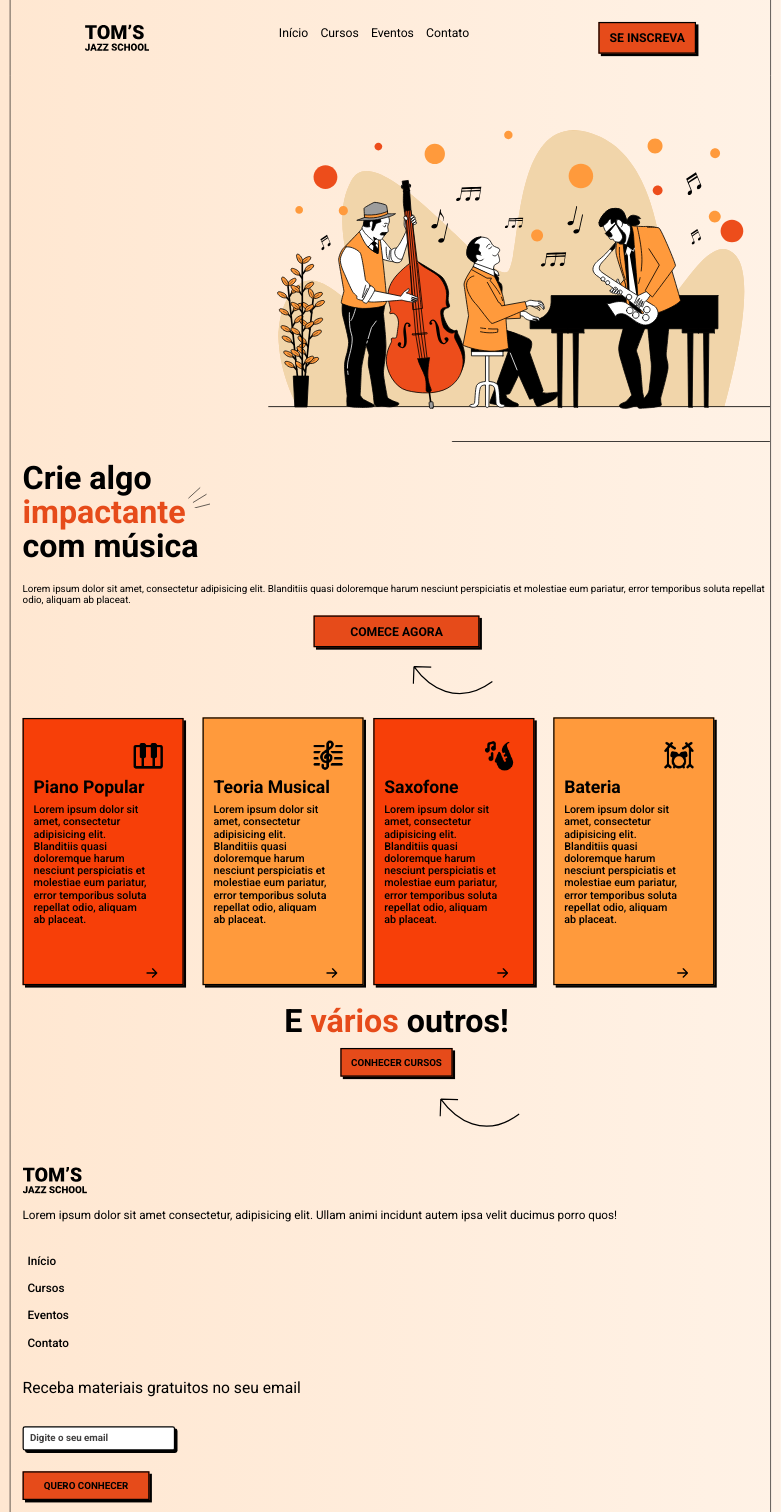
Repository: guilhermecardoso93/obebitecode
Page: index.html
The author's editor kept a copy of each file at every save. The page is drawn from the files as they stood at one save, then again after the next save.
The browser window is 1280 px wide. The pictures show the whole page, at 61% of full size.

Above is the page before, as saved 2023-08-16 21:10:29.

### index.html
<!DOCTYPE html>
<html lang="pt-BR">
  <head>
    <meta charset="UTF-8" />
    <meta name="viewport" content="width=device-width, initial-scale=1.0" />
    <link rel="preconnect" href="https://fonts.googleapis.com" />
    <link rel="preconnect" href="https://fonts.gstatic.com" crossorigin />
    <link
      href="https://fonts.googleapis.com/css2?family=Roboto:wght@400;500;700&display=swap"
      rel="stylesheet" />
    <link rel="stylesheet" href="css/style.css" />
    <title>Tom's Jazz School</title>
  </head>
  <body>
    <header>
      <div class="header-menu">
        <img src="./assets/logo.svg" alt="Logo da Tom's Jazz School" />
        <nav class="mx-auto">
          <a href="/"><span>Início</span></a>
          <a href="/"><span>Cursos</span></a>
          <a href="/"><span>Eventos</span></a>
          <a href="/"><span>Contato</span></a>
        </nav>
      <a href="/" class="subscribeButton subscribeButton mt-1 mx-auto mb-1">Se Inscreva</a>
    </div>
    </header>

    <main>
      <section class="hero-section">
        <img src="./assets/hero-img.svg" alt="Banda de Jazz Tocando" />
        <div>
          <h1 class="mt-2">
            Crie algo <span class="text-primary decoration">impactante</span> com música
          </h1>
          <p class="mt-2 mb-2"></p>
            Lorem ipsum dolor sit amet, consectetur adipisicing elit. Blanditiis
            quasi doloremque harum nesciunt perspiciatis et molestiae eum
            pariatur, error temporibus soluta repellat odio, aliquam ab placeat.
          </p>
          <a href="/" class="subscribeButton mt-1 mx-auto">Comece Agora</a>
        </div>
      </section>
      <section class="hero-section">
        <div class="cards">
          <article class="card">
            <img src="./assets/piano.png" alt="ícone de tecla de piano" />
            <h3>Piano Popular</h3>
            <p>
              Lorem ipsum dolor sit amet, consectetur adipisicing elit.
              Blanditiis quasi doloremque harum nesciunt perspiciatis et
              molestiae eum pariatur, error temporibus soluta repellat odio,
              aliquam ab placeat.
            </p>
            <a href="#">
              <img
                src="./assets/arrow-right.svg"
                alt="svg de seta para direita" />
            </a>
          </article>
          <article class="card">
            <img src="./assets/clef.png" alt="Icone de clave de sol" />
            <h3>Teoria Musical</h3>
            <p>
              Lorem ipsum dolor sit amet, consectetur adipisicing elit.
              Blanditiis quasi doloremque harum nesciunt perspiciatis et
              molestiae eum pariatur, error temporibus soluta repellat odio,
              aliquam ab placeat.
            </p>
            <a href="#">
              <img
                src="./assets/arrow-right.svg"
                alt="svg de seta para direita" />
            </a>
          </article>
          <article class="card">
            <img src="./assets/sax.png" alt="Icone de saxofone" />
            <h3>Saxofone</h3>
            <p>
              Lorem ipsum dolor sit amet, consectetur adipisicing elit.
              Blanditiis quasi doloremque harum nesciunt perspiciatis et
              molestiae eum pariatur, error temporibus soluta repellat odio,
              aliquam ab placeat.
            </p>
            <a href="#">
              <img
                src="./assets/arrow-right.svg"
                alt="svg de seta para direita" />
            </a>
          </article>
          <article class="card">
            <img src="./assets/drums.png" alt="Ícone de bateria" />
            <h3>Bateria</h3>
            <p>
              Lorem ipsum dolor sit amet, consectetur adipisicing elit.
              Blanditiis quasi doloremque harum nesciunt perspiciatis et
              molestiae eum pariatur, error temporibus soluta repellat odio,
              aliquam ab placeat.
            </p>
            <a href="#">
              <img
                src="./assets/arrow-right.svg"
                alt="svg de seta para direita" />
            </a>
          </article>
        </div>
        <div class="rodape-article">
          <h1 class=> E <span>vários</span> outros!</h1>
          <a href="/" class="subscribeButton btn-courses">conhecer cursos</a>
        </div>
      </section>
    </main>
    <footer id="contato">
      <div>
        <img src="./assets/logo.svg" alt="Banda de Jazz Tocando" class="mt-1"/>
        <p>Lorem ipsum dolor sit amet consectetur, adipisicing elit. Ullam animi incidunt autem ipsa velit ducimus porro quos!</p>
      </div>
        <nav class="footer-menu">
            <a href="#inicio"><span>Início</span></a>
            <a href="#cursos"><span>Cursos</span></a>
            <a href="#eventos"><span>Eventos</span></a>
            <a href="#contato"><span>Contato</span></a>
          </nav>
            <label for="email" class="mb-1">Receba materiais gratuitos no seu email</label>
            <input type="email" placeholder="Digite o seu email">
            <a href="/" class="subscribeButton btn-footer">quero conhecer</a>
    </footer>
  </body>
</html>

### css/style.css
@import url("./basics.css");
@import url("./header.css");
@import url("./main.css");
@import url("./footer.css");
@import url("./responsivo.css");

### css/basics.css
* {
  margin: 0;
  padding: 0;
  box-sizing: border-box;
  font-family: "Roboto", sans-serif;
}

:root {
  --color-primary: #ed4d1b;
  --color-secondary: #ff9a3c;
  --color-black: #000;
  --color-white: #fff;
}

body {
  background: linear-gradient(90deg, #ffe7d1 0%, #fff2e6 100%);
  padding: 0 1rem;
}

body,
html {
  overflow-x: hidden !important;
}

a {
  text-decoration: none;
  cursor: pointer;
}

.mt-1 {
  margin-top: 1rem;
}

.mt-2 {
  margin-top: 2rem;
}

.mb-1 {
  margin-bottom: 1rem;
}

.mb-2 {
  margin-bottom: 2rem;
}

.mx-auto {
  margin-left: auto;
  margin-right: auto;
}

.text-primary {
  color: var(--color-primary);
}

.text-center {
  text-align: center;
}

header,
.hero-section,
.courses-section,
footer {
  border-color: --color-black;
  border-style: solid;
  border-width: 0 1px;
  padding: 20px;
}

.subscribeButton {
  border: 2px solid #000;
  box-shadow: 4px 4px 0 #000;
  font-weight: 600;
  display: block;
  background: #e64b1a;
  text-transform: uppercase;
  font-size: 1.25rem;
  padding: 0.75rem 1rem;
  max-width: 17rem;
  position: relative;
  color: var(--color-black);
  text-align: center;
}

.subscribeButton:hover {
  border: 2px solid #e64b1a;
  box-shadow: 4px 4px 0 #e64b1a;
  font-weight: 600;
  display: block;
  color: #e64b1a;
  text-transform: uppercase;
  font-size: 1.25rem;
  padding: 0.75rem 1rem;
  max-width: 17rem;
  position: relative;
  background: var(--color-black);
  text-align: center;
}

span {
  margin: 0;
}

### css/header.css
header img {
  display: block;
  margin: 1rem auto;
}

header nav {
  display: grid;
  grid-template-columns: 1fr 1fr;
  margin-bottom: 1rem;
}

nav a {
  color: var(--color-black);
  font-size: 1.25rem;
  padding: 0.5rem;
  text-decoration: none;
  text-weight: bold;
}

nav a span:hover {
  border-bottom: 3px solid #000;
}

header nav a:nth-child(2n-1) {
  text-align: right;
}

### css/main.css
.hero-section {
  padding-right: 0;
  padding-bottom: 5rem;
}

.hero-section img {
  display: block;
  margin: 1.25rem 0 0 auto;
  max-width: 100%;
}

h1 {
  font-size: 3.3rem;
  line-height: 105%;
  font-weight: 700;
}

h2 {
  font-size: 2.5rem;
}

.hero-section p {
  font-size: 1.25rem;
  padding-right: 1.25rem;
}

.hero-section .subscribeButton {
  position: relative;
}

.hero-section .subscribeButton::after {
  content: "";
  background: url("../assets/arrow-curve.svg") no-repeat;
  display: block;
  content: "";
  width: 100%;
  height: 50px;
  position: absolute;
  top: 5rem;
  left: 10rem;
}

.decoration {
  display: block;
  color: #e64b1a;
  position: relative;
}

.decoration::after {
  content: "";
  background: url("../assets/three-dashes.svg");
  position: absolute;
  top: -1rem;
  height: 36px;
  width: 40px;
}

.courses-section {
  display: grid;
  justify-content: center;
  gap: 20px;
  margin-top: -5rem;
  border-top: none;
}

.card {
  background: #f73f08;
  display: grid;
  justify-content: center;
  align-items: center;
  padding: 1rem 2rem 0 1rem;
  max-width: 16.5rem;
  gap: 10px;
  box-shadow: 4px 4px 0 #000;
  border: 2px solid #000;
}

.card h3 {
  font-size: 1.8rem;
  font-weight: 600;
}

.card p {
  font-size: 1.1rem;
  font-weight: 500;
  margin-bottom: 30px;
}

.card a {
  margin-left: 11rem;
}

.card:nth-child(2n) {
  margin-left: 0.935rem;
  background: #ff9a3c;
}

.rodape-article {
  display: flex;
  flex-direction: column;
  align-items: center;
  gap: 15px;
  font-weight: 900;
  font-size: 2.5rem;
  margin: 2rem 0;
}

.rodape-article span {
  color: #e64b1a;
}

.btn-courses {
  max-width: 13rem;
  font-size: 1rem;
}

.btn-courses:hover {
  max-width: 13rem;
  font-size: 1rem;
}

### css/footer.css
footer {
  display: grid;
  gap: 10px;
}
footer h1 {
  font-size: 1.5rem;
  text-transform: uppercase;
  font-weight: 900;
}

footer span {
  font-size: 3rem;
}

footer p {
  margin-top: 20px;
  font-size: 1.2rem;
}

.footer-menu {
  display: flex;
  flex-direction: column;
  gap: 5px;
  margin: 2rem 0;
}

.footer-menu a span {
  font-size: 1.2rem;
  font-weight: 500;
}

.footer-menu a span:hover {
  border-bottom: 3px solid #000;
}

footer label {
  font-size: 1.6rem;
  line-height: 1;
}
footer input {
  border-radius: 4px;
  padding: 0 10px;
  margin: 1.5rem 0;
  width: 250px;
  height: 40px;
  border: 2px solid #000;
  box-shadow: 4px 4px 0 #000;
}
footer input::placeholder {
  color: #414040;
  font-size: 1rem;
  font-weight: 900;
}

.btn-footer {
  font-size: 1rem;
  max-width: 13rem;
}

.btn-footer:hover {
  font-size: 1rem;
  max-width: 13rem;
}

### css/responsivo.css
@media screen and (min-width: 40rem) {
  header nav {
    display: block;
    text-align: center;
  }

  .cards {
    display: flex;
    flex: 1;
    flex-wrap: wrap;
  }

  .card:nth-child(2n) {
    margin-top: 0.935rem;
    margin-right: 1rem;
  }

  .card:nth-child(2n-1) {
    margin-top: 1rem;
    margin-right: 1rem;
  }
}

@media screen and (min-width: 48rem) {
  header div {
    display: flex;
    align-items: center;
    justify-content: space-between;
  }

  header img, header nav, haeder a {
    margin: o;
  }
}

After the next save:
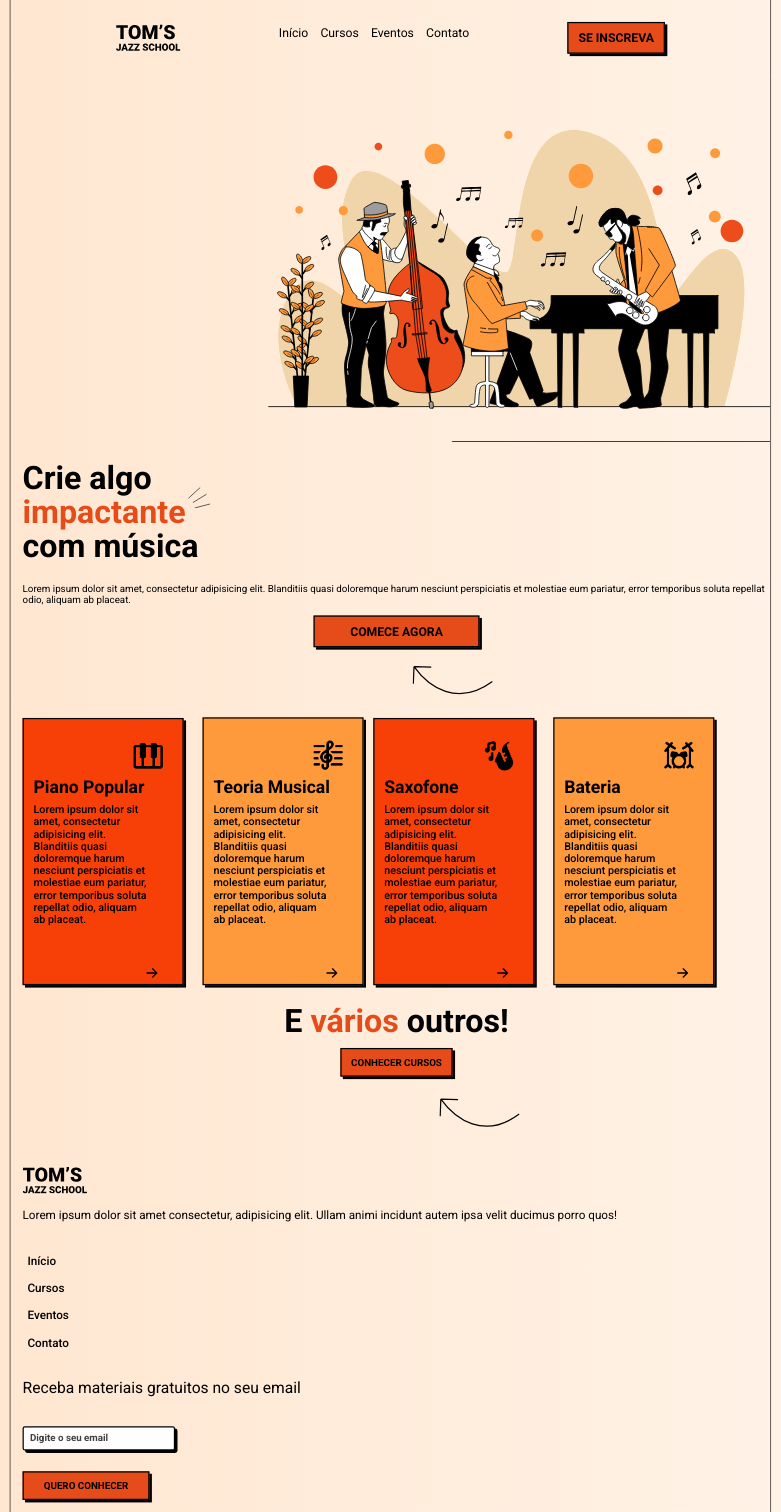
Saved 4 s later.
--- a/index.html
+++ b/index.html
@@ -15,7 +15,7 @@
     <header>
       <div class="header-menu">
         <img src="./assets/logo.svg" alt="Logo da Tom's Jazz School" />
-        <nav class="mx-auto">
+        <nav>
           <a href="/"><span>Início</span></a>
           <a href="/"><span>Cursos</span></a>
           <a href="/"><span>Eventos</span></a>
